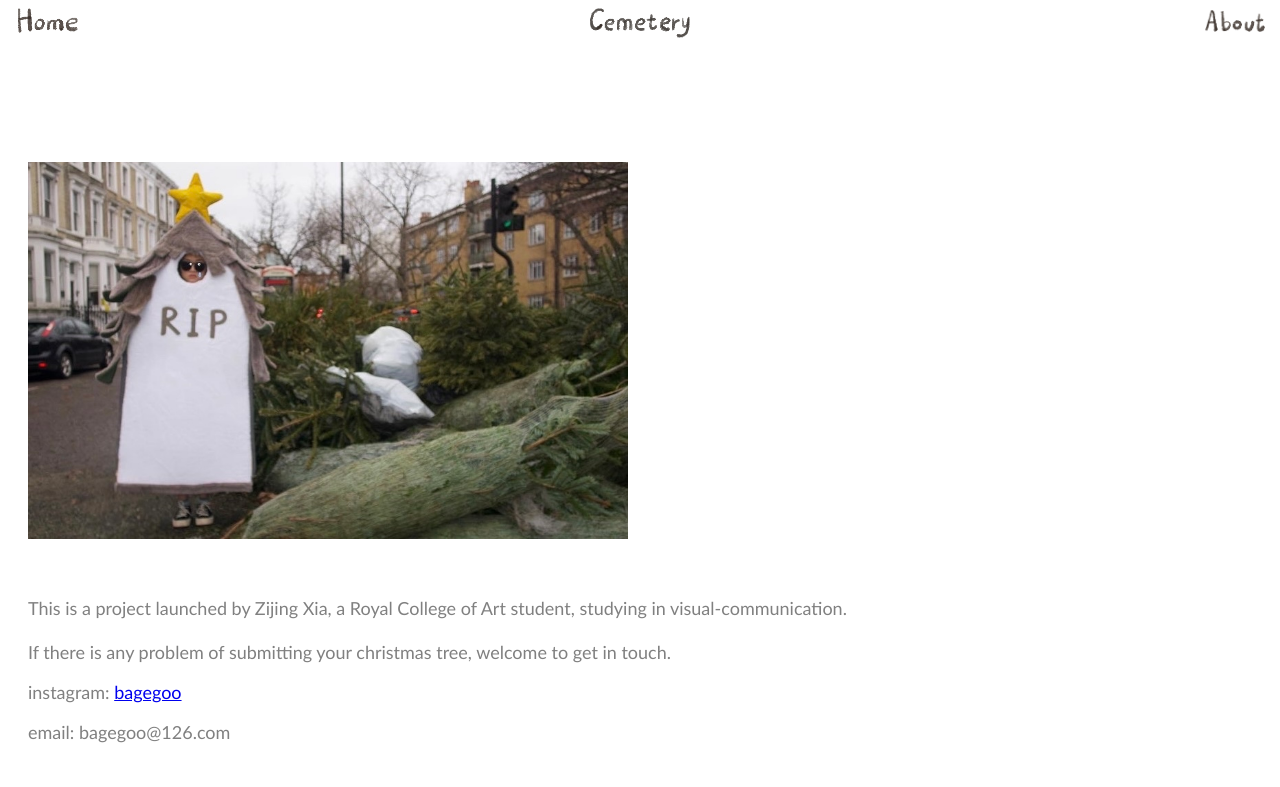
Repository: FuugaMo/ByeByeChristmasTree.github.io
Page: about.html
These files come from the project's save history. The page is drawn as it stood at one moment and after the next save; the edit follows.
The browser window is 1280 px wide. The pictures show the whole page.

Above is the page before, as saved 2023-01-08 17:15:32.

### about.html
<!DOCTYPE html>
<html lang="en">

<head>
    <meta charset="utf-8" />
    <link
        href="about.css"
        rel="stylesheet"
    />

</head>

<body>
    <!-- 顶部导航栏 -->
    <nav>
        <div
            class="home"
            style="width:60px; height:50px"
        >
            <img
                src="./Image/Home.png"
                width="60px"
            >
            <input
                type="button"
                onclick='location.href=("index.html")'
            />

        </div>

        <div
            class="cemetery"
            style="width: 100px;"
        >
            <img
                src="./Image/cemetery.png"
                class="cemetery"
                width="100px"
            >
            <input
                type="button"
                onclick='location.href=("cemetery.html")'
            />
        </div>

        <div
            class="about"
            style="width: 60px;"
        >
            <img
                src="./Image/about.png"
                width="60px"
            >
            <input
                type="button"
                onclick='location.href=("about.html")'
            />
        </div>

    </nav>

    <div id="content">
        <img
            src="./Image/About1.jpeg"
            width="600px"
        >
        <br>
        <br>
        <br>
        <br>
        <p1>
            This is a project launched by Zijing Xia, a Royal College of Art student, studying in visual-communication.
            <br><br> If there is any problem of submitting your christmas tree, welcome to get in touch.
        </p1>
        <br>
        <br>
        <p2>
            instagram: <a href="https://www.instagram.com/bagegoo/">bagegoo</a></p2>
        </p2>
        <br>
        <br>
        <p3>
            email: bagegoo@126.com
        </p3>

        <br><br><br>
    </div>
</body>

### about.css
#content {
    position: relative;
    margin-top: 10px;
    margin-left: 20px;
}

/* 导航栏 */
.home {
    position: relative;
    display: -webkit-box;
    -webkit-box-pack: start;
    -webkit-box-align: start;
    -webkit-box-orient: start;
    text-align: center;
    margin-left: 10px;
    /* opacity: 0; */
}

.home input {
    cursor: url("光标.png"), auto;
    position: absolute;
    width: 60px;
    height: 25px;
    border: 0px;
    left: 0px;
    top: 0px;
    /* opacity: 0.5; */
    /* background-color: black; */
    background-color: transparent;
}

.cemetery {
    position: relative;
    margin: 0 auto;
    top: -25px;
}

.cemetery input {
    cursor: url("光标.png"), auto;
    position: relative;
    width: 100px;
    height: 60px;
    border: 0;
    top: -85px;
    /* opacity: 0.5; */
    /* background-color: black; */
    background-color: transparent;
}

.about {
    position: absolute;
    right: 15px;
    top: 10px;
}

p1,
p2,
p3 {
    font-family: "Gill Sans", sans-serif;
    font-size: large;
    color: gray;
}

.about input {
    cursor: url("光标.png"), auto;
    position: absolute;
    width: 60px;
    height: 25px;
    border: 0px;
    right: 1px;
    /* opacity: 0.5; */
    /* background-color: black; */
    background-color: transparent;

}

/* 导航栏结束 */

html {
    cursor: url("光标.png"), auto;
}

After the next save:
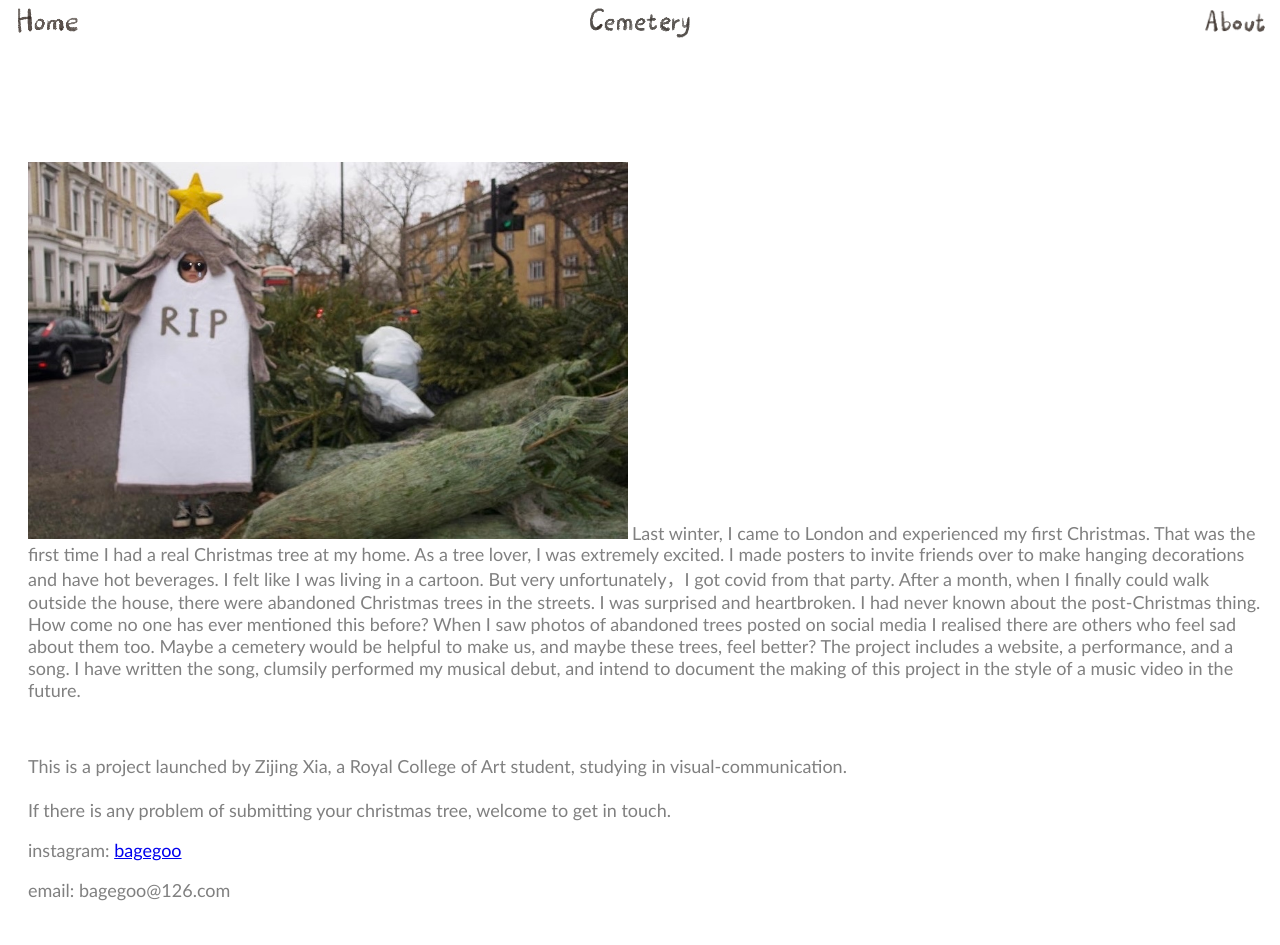
Saved 201 days later.
--- a/about.html
+++ b/about.html
@@ -64,6 +64,13 @@
             src="./Image/About1.jpeg"
             width="600px"
         >
+        <p1>
+            Last winter, I came to London and experienced my first Christmas. That was the first time I had a real Christmas tree at my home. As a tree lover, I was extremely excited. I made posters to invite friends over to make hanging decorations and have hot beverages. I felt like I was living in a cartoon. But very unfortunately，I got covid from that party. After a month, when I finally could walk outside the house, there were abandoned Christmas trees in the streets. I was surprised and heartbroken. I had never known about the post-Christmas thing. How come no one has ever mentioned this before?
+
+            When I saw photos of abandoned trees posted on social media I realised there are others who feel sad about them too. Maybe a cemetery would be helpful to make us, and maybe these trees, feel better?
+
+            The project includes a website, a performance, and a song. I have written the song, clumsily performed my musical debut, and intend to document the making of this project in the style of a music video in the future.
+        </p1>
         <br>
         <br>
         <br>
